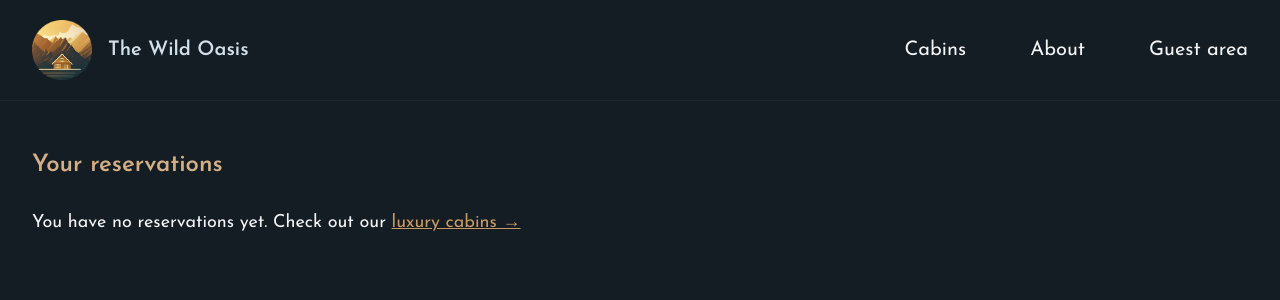
Repository: hyready/Next
Page: /account/profile
The author's editor kept a copy of each file at every save. The page is drawn from the files as they stood at one save, then again after the next save.
The browser window is 1280 px wide. The pictures show the whole page.
The project was rebuilt for these pictures with package versions that can differ from the ones it lists, and the page was loaded fresh each time. The framework's server and built-in components were replaced by stand-ins that run in the browser. Also part of the build but not shown: next.config.mjs.

Above is the page before, as saved 2025-01-06 15:47:10.

### app/layout.js
import '@/app/_styles/globals.css'
import { Josefin_Sans } from 'next/font/google'
import Header from '@/app/_components/Header'
const josefin = Josefin_Sans({
  subsets: ['latin'],
  display: 'swap'
})
export const metadata = {
  title: {
    template: '%s the world osis',
    default: 'the world next'
  },
  description:
    'Luxurious cabin hotel, located in the heart of the Italian Dolomites, surrounded by beautiful mountains and dark forests'
}

export default function RootLayout({ children }) {
  return (
    <html lang='en'>
      <body
        className={`${josefin.className} antialiased bg-primary-950 text-gray-100 min-h-screen flex flex-col`}
      >
        <Header />
        <div className='flex-1 px-8 py-12'>
          <main className='"max-w-7xl mx-auto '> {children}</main>
        </div>
      </body>
    </html>
  )
}

### app/account/profile/page.js
export default function Page() {
  // CHANGE
  const bookings = []

  return (
    <div>
      <h2 className='font-semibold text-2xl text-accent-400 mb-7'>
        Your reservations
      </h2>

      {bookings.length === 0 ? (
        <p className='text-lg'>
          You have no reservations yet. Check out our{' '}
          <a
            className='underline text-accent-500'
            href='/cabins'
          >
            luxury cabins &rarr;
          </a>
        </p>
      ) : (
        <ul className='space-y-6'>
          {bookings.map(booking => (
            <ReservationCard
              booking={booking}
              key={booking.id}
            />
          ))}
        </ul>
      )}
    </div>
  )
}

### app/_components/Navigation.js
import Link from 'next/link'

export default function Navigation() {
  return (
    <nav className='z-10 text-xl'>
      <ul className='flex gap-16 items-center'>
        <li>
          <Link
            href='/cabins'
            className='hover:text-accent-400 transition-colors'
          >
            Cabins
          </Link>
        </li>
        <li>
          <Link
            href='/about'
            className='hover:text-accent-400 transition-colors'
          >
            About
          </Link>
        </li>
        <li>
          <Link
            href='/account'
            className='hover:text-accent-400 transition-colors'
          >
            Guest area
          </Link>
        </li>
      </ul>
    </nav>
  )
}

### app/_components/Logo.js
import Link from 'next/link'
import Image from 'next/image'
function Logo() {
  return (
    <Link
      href='/'
      className='flex items-center gap-4 z-10'
    >
      <Image
        height={60}
        width={60}
        alt='The Wild Oasis logo'
        src='/logo.png'
      />
      <span className='text-xl font-semibold text-primary-100'>
        The Wild Oasis
      </span>
    </Link>
  )
}

export default Logo

### tailwind.config.mjs
/** @type {import('tailwindcss').Config} */
module.exports = {
  content: [
    './pages/**/*.{js,ts,jsx,tsx,mdx}',
    './_components/**/*.{js,ts,jsx,tsx,mdx}',
    './app/**/*.{js,ts,jsx,tsx,mdx}'
  ],
  theme: {
    extend: {
      colors: {
        primary: {
          50: '#E1E8EF',
          100: '#D4DEE7',
          200: '#B7C7D7',
          300: '#99B0C7',
          400: '#7C99B6',
          500: '#5E82A6',
          600: '#4C6B8A',
          700: '#3C546C',
          800: '#2C3D4F',
          900: '#1B2631',
          950: '#141C24'
        },
        accent: {
          50: '#FAF5F0',
          100: '#F4ECE1',
          200: '#E8D6BF',
          300: '#DDC2A2',
          400: '#D2AF84',
          500: '#C69963',
          600: '#B78343',
          700: '#926835',
          800: '#6C4D28',
          900: '#4B351B',
          950: '#382814'
        }
      }
    }
  },
  plugins: []
}

Loaded but not shown: app/_styles/globals.css (common file); app/_components/Header.js (common file)

After the next save:
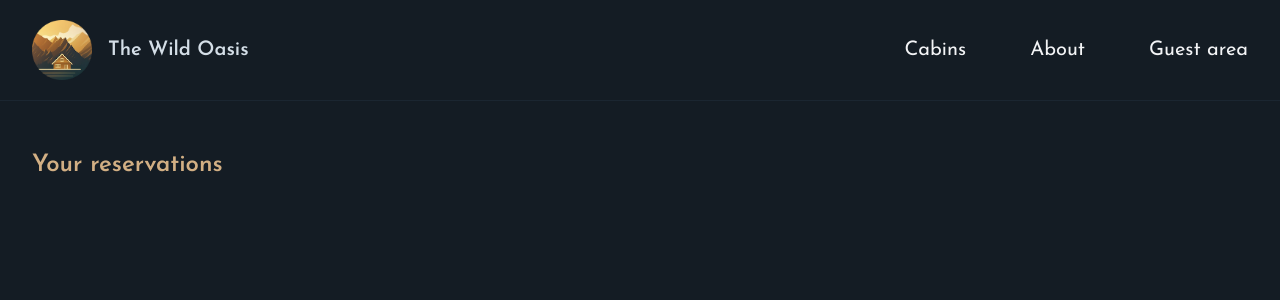
Saved 11 s later.
--- a/app/account/profile/page.js
+++ b/app/account/profile/page.js
@@ -7,27 +7,6 @@ export default function Page() {
       <h2 className='font-semibold text-2xl text-accent-400 mb-7'>
         Your reservations
       </h2>
-
-      {bookings.length === 0 ? (
-        <p className='text-lg'>
-          You have no reservations yet. Check out our{' '}
-          <a
-            className='underline text-accent-500'
-            href='/cabins'
-          >
-            luxury cabins &rarr;
-          </a>
-        </p>
-      ) : (
-        <ul className='space-y-6'>
-          {bookings.map(booking => (
-            <ReservationCard
-              booking={booking}
-              key={booking.id}
-            />
-          ))}
-        </ul>
-      )}
     </div>
   )
 }
